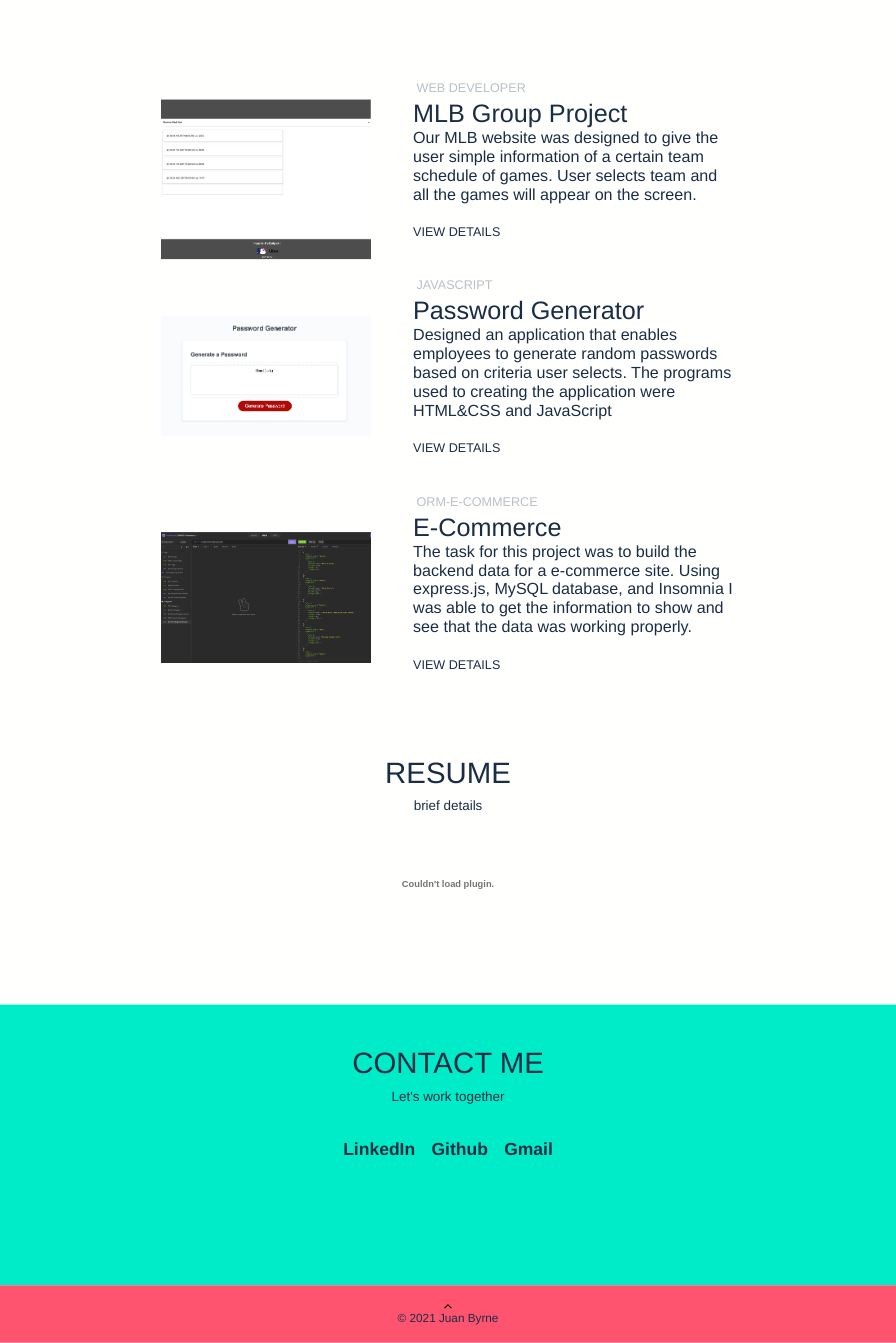
Repository: jb150524/JB-Portfolio
Page: index.html
These files come from the project's save history. The page is drawn as it stood at one moment and after the next save; the edit follows.
The browser window is 1280 px wide. The pictures show the part of the page from y = 2423 to 4343 px (the page is 4341 px tall before and 4343 px after), at 70% of full size.
Some web libraries are served in a nearby version.

Above is the page before, as saved 2021-09-25 20:12:16.

After the next save:
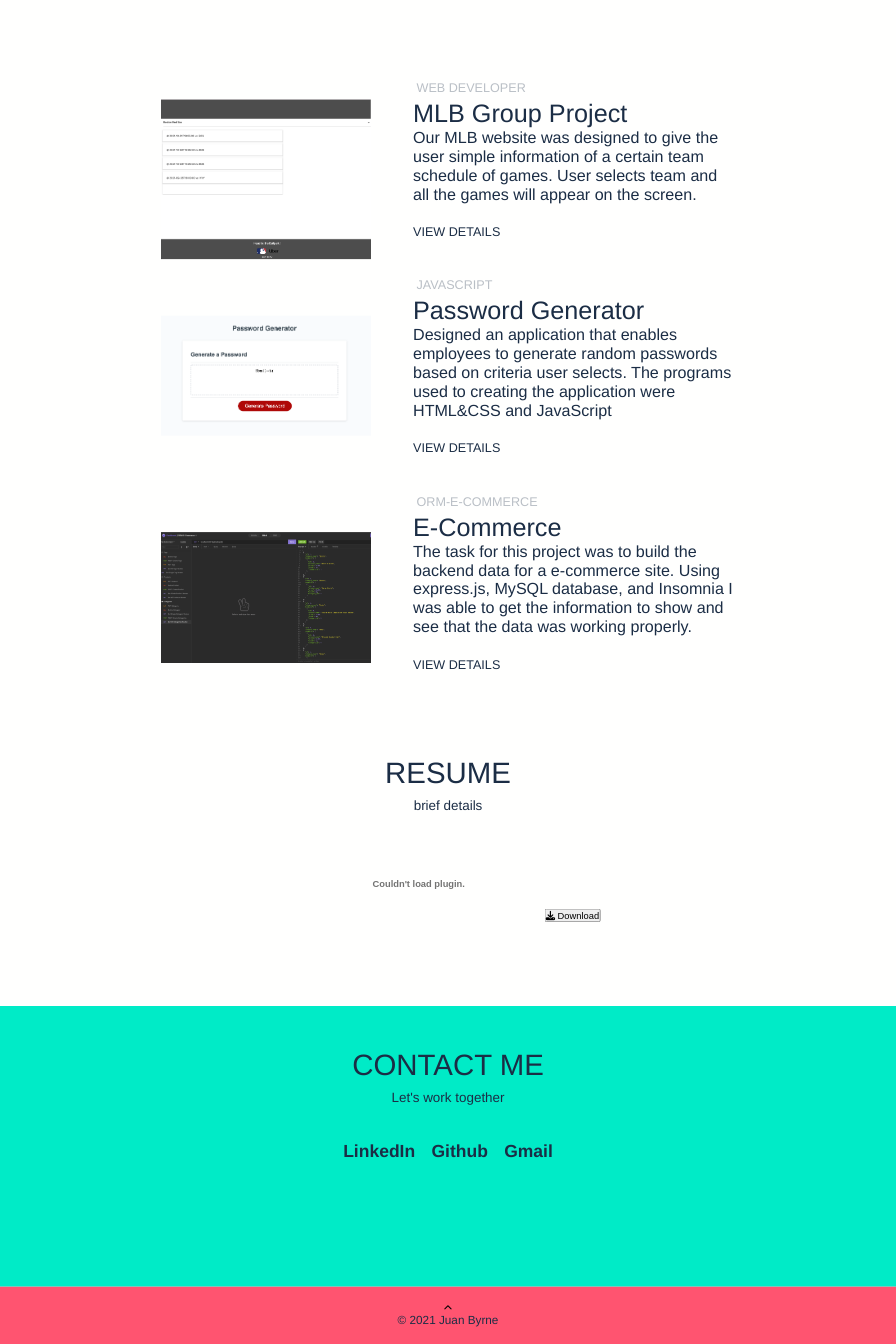
Saved 10 min 21 s later.
--- a/index.html
+++ b/index.html
@@ -146,6 +146,7 @@
           <h6>brief details</h6>
           <embed src="JByrne Resume 2021 FINAL.pdf" type="application/pdf" width="55%" height="100px" />
           <!-- <input type="button" value="Download!"> -->
+          <button class="btn"><i class="fa fa-download"></i> Download</button>
         </div>
       </div>
 
